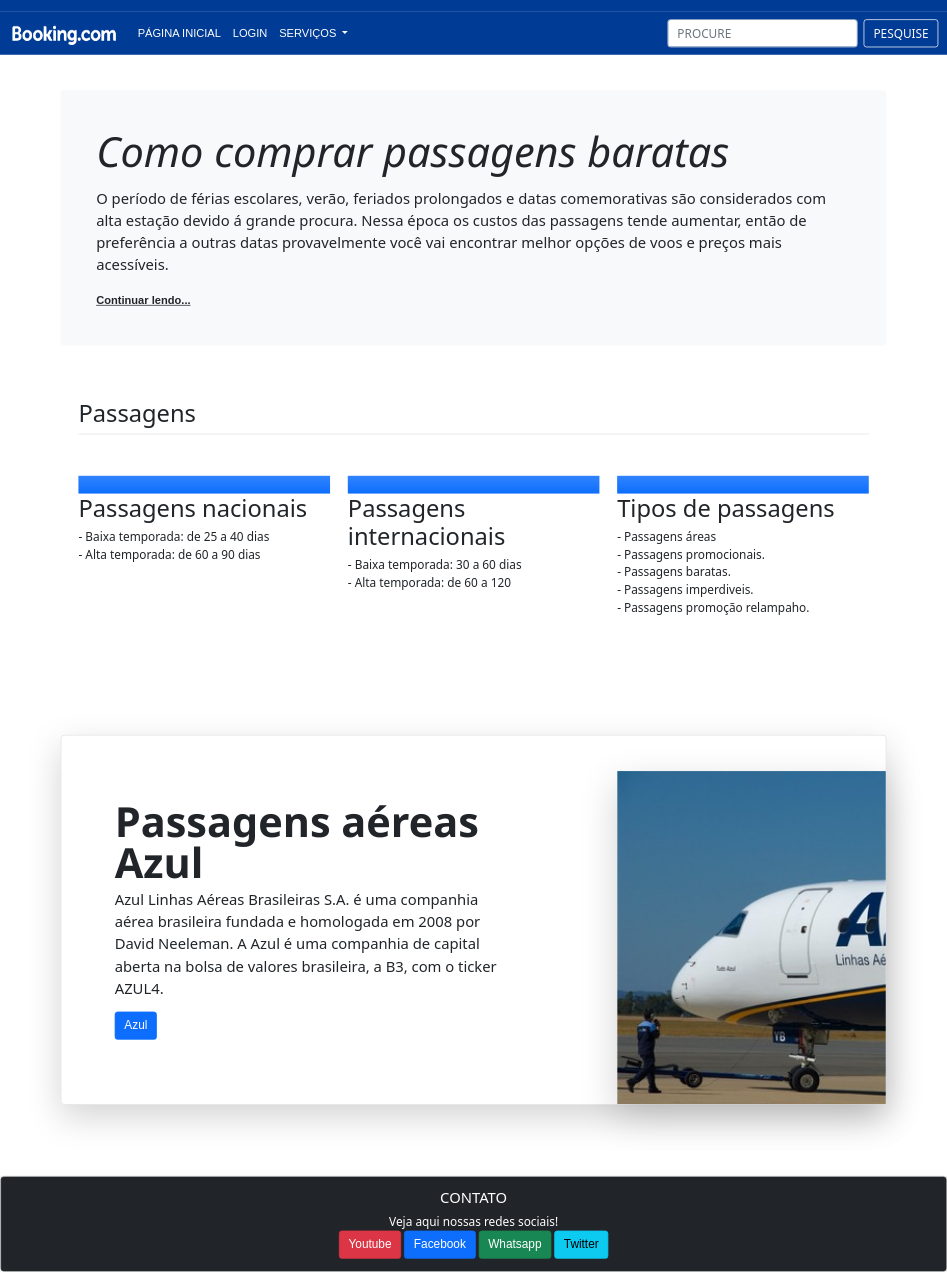
Repository: AnaLuizaDias/INB0243-
Page: faq.html
These files come from the project's save history. The page is drawn as it stood at one moment and after the next save; the edit follows.
The browser window is 1280 px wide. The pictures show the whole page, at 74% of full size.

Above is the page before, as saved 2023-10-25 16:15:45.

### faq.html
<!DOCTYPE html>
<html lang="pt-br">
<head>
  <meta charset="UTF-8">
  <meta name="viewport" content="width=device-width, initial-scale=1.0">
  <title>Booking</title>
  <link rel='stylesheet' href="style.css">
  <script src="https://cdn.jsdelivr.net/npm/bootstrap@5.1.3/dist/js/bootstrap.bundle.min.js" integrity="sha384-ka7Sk0Gln4gmtz2MlQnikT1wXgYsOg+OMhuP+IlRH9sENBO0LRn5q+8nbTov4+1p" crossorigin="anonymous"></script>
  <link href="https://cdn.jsdelivr.net/npm/bootstrap@5.1.3/dist/css/bootstrap.min.css" rel="stylesheet" integrity="sha384-1BmE4kWBq78iYhFldvKuhfTAU6auU8tT94WrHftjDbrCEXSU1oBoqyl2QvZ6jIW3" crossorigin="anonymous">
</head>
<body style="background-color:white;">

  <nav class="navbar navbar-expand-lg navbar-light cor1 ">
    <div class="container-fluid 4">
    </div>
  </nav>

  <nav class="navbar navbar-expand-lg navbar-light cor1 ">
    <div class="container-fluid 4">
      <img src="images/booking.png" alt="Imagem" height="42" width="150">
      <a class="navbar-brand text-white" href=""></a>
      <button class="navbar-toggler" type="button" data-bs-toggle="collapse" data-bs-target="#navbarScroll"
        aria-controls="navbarScroll" aria-expanded="false" aria-label="Toggle navigation">
        <span class="navbar-toggler-icon"></span>
      </button>
      <div class="collapse navbar-collapse" id="navbarScroll">
        <ul class="navbar-nav me-auto my-2 my-lg-0 navbar-nav-scroll" style="--bs-scroll-height: 100px;">
          <li class="nav-item">
            <a class="nav-link active text-white" aria-current="page" href="index.html">PÁGINA INICIAL</a>
          </li>
          <li class="nav-item teste">
            <a class="nav-link text-white" href="login.html">LOGIN</a>
          </li>
          <li class="nav-item dropdown">
            <a class="nav-link dropdown-toggle text-white" href="#" id="navbarScrollingDropdown" role="button"
              data-bs-toggle="dropdown" aria-expanded="false">
              SERVIÇOS
            </a>
            <ul class="dropdown-menu " aria-labelledby="navbarScrollingDropdown">
              <li><a class="dropdown-item " href="pass.html">PASSAGENS</a></li>
              <li><a class="dropdown-item" href="hot.html">HOSPEDAGEM</a></li>
              <li><a class="dropdown-item" href="loc.html">LOCOMOÇÃO</a></li>
              <li><a class="dropdown-item" href="localizacao.html">LOCALIZAÇÃO</a></li>
              <li><a class="dropdown-item" href="faq.html">FAQ</a></li>
              <li><a class="dropdown-item" href="contato.html">CONTATO</a></li>
              <li>
                <hr class="dropdown-divider">
              </li>
              <li><a class="dropdown-item" href="relat.html">EXPERIÊNCIAS</a></li>
            </ul>
          </li>
          <li class="nav-item text-white">
            <a class="nav-link disabled"></a>
          </li>
        </ul>
        <form class="d-flex">
          <input class="form-control me-2" type="search" placeholder="PROCURE" aria-label="Search">
          <button class="btn btn-outline-light" type="submit">PESQUISE</button>
        </form>

      </div>
    </div>
  </nav>
  <br><br>

  <main class="container">
    <div class="p-4 p-md-5 mb-4 text-dark rounded bg-light bg-border-dark">
      <div class="col-md-12 px-0">
        <h1 class="display-4 fst-italic">Como comprar passagens baratas</h1>
        <p class="lead my-3">O período de férias escolares, verão, feriados prolongados e datas comemorativas são considerados com alta estação devido á grande procura. Nessa época os custos das passagens tende aumentar, então de preferência a outras datas provavelmente você vai encontrar melhor opções de voos e preços mais acessíveis.
        <p class="lead mb-0"><a href="#" class="text-dark fw-bold">Continuar lendo...</a></p>
      </div>
    </div>

    <h1 class="visually-hidden"></h1>

    <div class="container px-4 py-5" id="featured-3">
      <h2 class="pb-2 border-bottom">Passagens </h2>
      <div class="row g-4 py-5 row-cols-1 row-cols-lg-3">
        <div class="feature col">
          <div class="feature-icon bg-primary bg-gradient">
            <svg class="bi" width="1em" height="1em"><use xlink:href="#collection"/></svg>
          </div>
          <h2>Passagens nacionais</h2>
          <p> - Baixa temporada: de 25 a 40 dias <br> - Alta temporada: de 60 a 90 dias</p>
        </div>
        <div class="feature col">
          <div class="feature-icon bg-primary bg-gradient">
            <svg class="bi" width="1em" height="1em"><use xlink:href="#people-circle"/></svg>
          </div>
          <h2>Passagens internacionais</h2>
          <p> - Baixa temporada: 30 a 60 dias <br> - Alta temporada: de 60 a 120</p>
        </div>
        <div class="feature col">
          <div class="feature-icon bg-primary bg-gradient">
            <svg class="bi" width="1em" height="1em"><use xlink:href="#toggles2"/></svg>
          </div>
          <h2>Tipos de passagens</h2>
          <p> - Passagens áreas <br> - Passagens promocionais. <br> - Passagens baratas.
          <br> - Passagens imperdiveis. <br> - Passagens promoção relampaho.</p>
        </div>
      </div>
    </div>


    <div class="b-example-divider bg-dark"></div>

    <div class="container my-5">
      <div class="row p-4 pb-0 pe-lg-0 pt-lg-5 align-items-center rounded-3 border shadow-lg">
        <div class="col-lg-7 p-3 p-lg-5 pt-lg-3">
          <h1 class="display-4 fw-bold lh-1">Passagens aéreas Azul</h1>
          <p class="lead">Azul Linhas Aéreas Brasileiras S.A. é uma companhia aérea brasileira fundada e homologada em 2008 por David Neeleman. A Azul é uma companhia de capital aberta na bolsa de valores brasileira, a B3, com o ticker AZUL4. </p>
          <div class="d-grid gap-2 d-md-flex justify-content-md-start mb-4 mb-lg-3">
            <a href="https://www.googleadservices.com/pagead/aclk?sa=L&ai=DChcSEwiCtpfPvcX1AhWDDpEKHXU0BaUYABACGgJjZQ&ae=2&ohost=www.google.com&cid=CAESQOD2kdx0uKtHt3pW-_57IEHfIdakt9N7hQ_teyo3nviysd4l1PIcTcP2HpqLubWQ33igfkXqAMJCFxCNtnen8Ug&sig=AOD64_0gw1B451puUM1QPdPd3fy6hif-Gg&q&nis=1&adurl&ved=2ahUKEwiktJDPvcX1AhVCGbkGHeVqAKgQ0Qx6BAgEEAE" class="btn btn-primary">Azul</a>
          </div>
        </div>
        <div class="col-lg-4 offset-lg-1 p-0 overflow-hidden shadow-lg">
            <img class="rounded-lg-3" src="images/azul.jpg" alt="" width="720">
        </div>
      </div>
    </div>
</main>
  <br><br>

  <div class="card text-center ">
    <div class="card-body btn btn-dark">
      <h5 class="card-title">CONTATO</h5>
      <p class="card-text">Veja aqui nossas redes sociais!<br>
      <a href="https://www.youtube.com/?hl=pt&gl=BR" class="btn btn-danger">Youtube</a>
      <a href="https://pt-br.facebook.com/" class="btn btn-primary">Facebook</a>
      <a href="https://web.whatsapp.com/" class="btn btn-success">Whatsapp</a>
      <a href="https://twitter.com/login?lang=pt" class="btn btn-info">Twitter</a>
    </div>
  </div>
</body>

### style.css
@import url('https://fonts.googleapis.com/css2?family=Bangers&display=swap');
@import url('https://fonts.googleapis.com/css2?family=Bangers&family=Bebas+Neue&display=swap');
@import url('https://fonts.googleapis.com/css2?family=Karla:ital,wght@1,300&display=swap');
.li {
    color: white;
}
.cor1{
    background-color: #003B95;
}
.cor2{
    background-color: #544eff;
}

body{
    background-color: #544eff ;
}
.cor3{
    background-color: #8F8CDB;
}
.teste {
    font-family: Arial, sans;
    color:white;
}

a{
    font-family:Arial, Helvetica, sans-serif;
    font-size:15px;
}
.navbar-brand {
    font-size: 30px;
}
cardy-body{
    padding: 20px;
}
.card1{
   width: 30%;
}
.foto1{
    width:50%;
}
.direita{
    float: right;
    width: 50%;
    padding-left: 5%;
    text-align: justify;
}
.esquerda{
    text-align: justify;
}
.form-signin {
    width: 100%;
    max-width: 330px;
    padding: 15px;
    margin: auto;
    font-family:'Times New Roman', Times, serif
  }

  .form-signin .checkbox {
    font-weight: 400;
  }

  .form-signin .form-floating:focus-within {
    z-index: 2;
  }

  .form-signin input[type="email"] {
    margin-bottom: -1px;
    border-bottom-right-radius: 0;
    border-bottom-left-radius: 0;
  }

  .form-signin input[type="password"] {
    margin-bottom: 10px;
    border-top-left-radius: 0;
    border-top-right-radius: 0;
  }
  h1, label{
    font-family: 'Segoe UI', Tahoma, Geneva, Verdana, sans-serif;
 }

 .cor{
     color: #fff;
 }
 .font{
     font-family: 'Segoe UI', Tahoma, Geneva, Verdana, sans-serif;
 }
 .conta{
    padding: 20px;
 }
 .ola{
    padding:20px;
 }
.formulario{
    padding:20px;
}
h3{
    text-align: center;
    font-family:Arial, Helvetica, sans-serif;
    font-size: 20px;
}

 .localizacao{
    align-content: center;
    padding-left: 30px;
 }

After the next save:
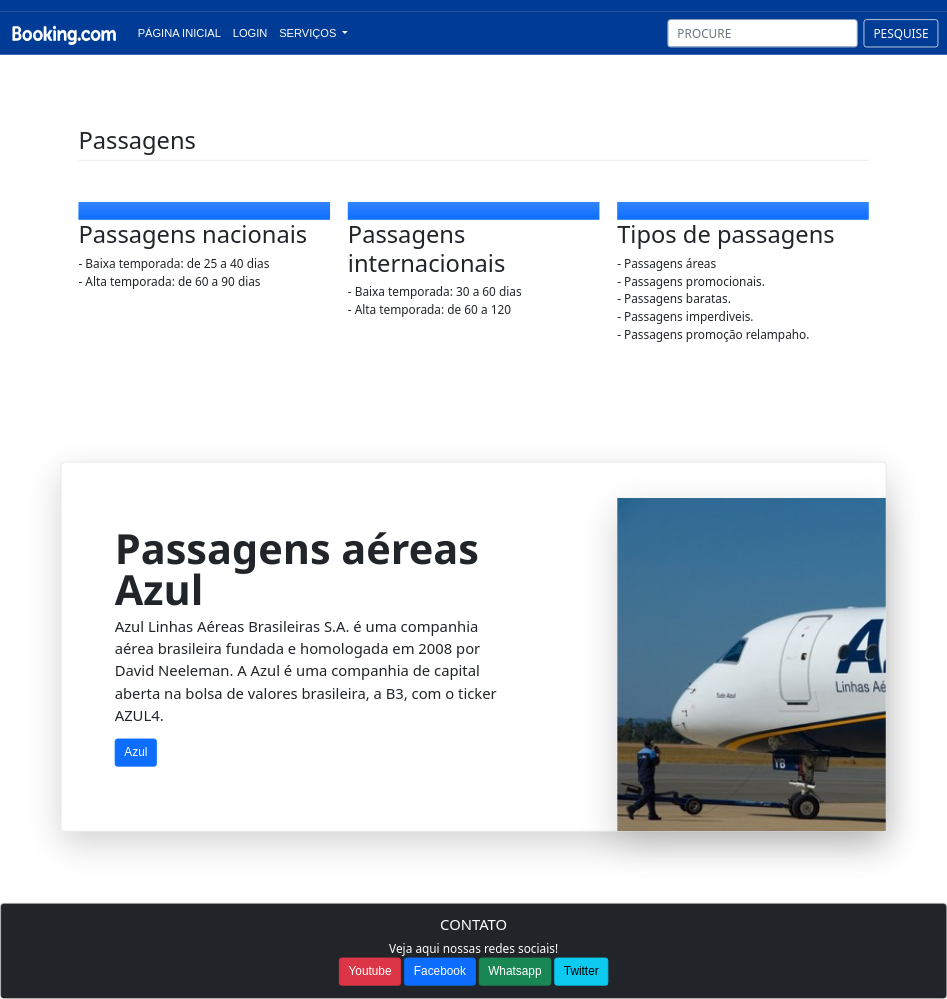
Saved 12 s later.
--- a/faq.html
+++ b/faq.html
@@ -64,13 +64,7 @@
   <br><br>
 
   <main class="container">
-    <div class="p-4 p-md-5 mb-4 text-dark rounded bg-light bg-border-dark">
-      <div class="col-md-12 px-0">
-        <h1 class="display-4 fst-italic">Como comprar passagens baratas</h1>
-        <p class="lead my-3">O período de férias escolares, verão, feriados prolongados e datas comemorativas são considerados com alta estação devido á grande procura. Nessa época os custos das passagens tende aumentar, então de preferência a outras datas provavelmente você vai encontrar melhor opções de voos e preços mais acessíveis.
-        <p class="lead mb-0"><a href="#" class="text-dark fw-bold">Continuar lendo...</a></p>
-      </div>
-    </div>
+
 
     <h1 class="visually-hidden"></h1>
 
